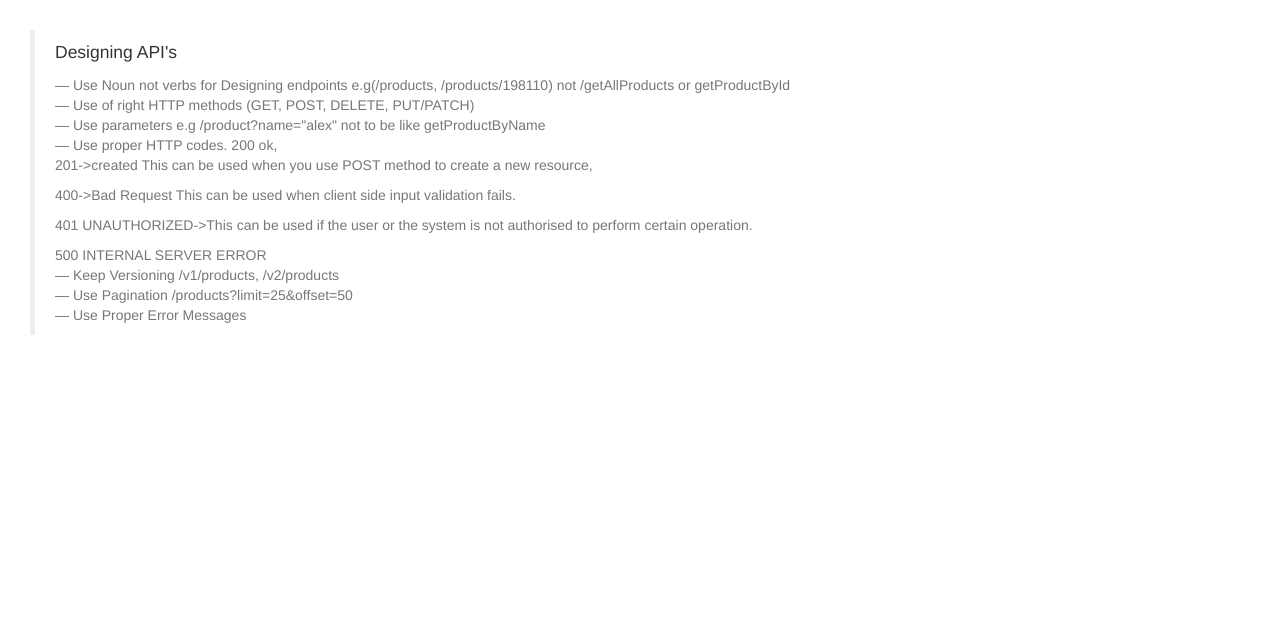
Repository: rahil001/preparation
Page: javascriptPrac/ApiDesign.html
The author's editor kept a copy of each file at every save. The page is drawn from the files as they stood at one save, then again after the next save.
The browser window is 1280 px wide. The pictures show the whole page.

Above is the page before, as saved 2019-10-29 22:36:58.

### javascriptPrac/ApiDesign.html
<!DOCTYPE html>
<html lang="en">
<head>
    <meta charset="UTF-8">
    <title>getting started with javascript</title>
    <link rel="stylesheet" href="https://maxcdn.bootstrapcdn.com/bootstrap/3.3.7/css/bootstrap.min.css  ">
    <style>
        body, .jumbotron{
            padding: 30px;
        }
        .text-giant{
            font-size: 40px;
        }
        .singleT {
            margin-top: 40px;
        }
    </style>
</head>
<body>
<div class>
    <blockquote class="blockquote">
        <p class="mb-0">Designing API's</p>
        <footer class="blockquote-footer">Use Noun not verbs for Designing endpoints e.g(/products, /products/198110) not /getAllProducts or getProductById</footer>
        <footer class="blockquote-footer">Use of right HTTP methods (GET, POST, DELETE, PUT/PATCH)</footer>
        <footer class="blockquote-footer">Use parameters e.g /product?name="alex" not to be like getProductByName</footer>
        <footer class="blockquote-footer">Use proper HTTP codes. 200 ok,
            <p>201->created This can be used when you use POST method to create a new resource,</p>
            <p>400->Bad Request This can be used when client side input validation fails.</p>
            <p>401 UNAUTHORIZED->This can be used if the user or the system is not authorised to perform certain operation.</p>
            <p>500 INTERNAL SERVER ERROR</p>
        </footer>
        <footer class="blockquote-footer">Keep Versioning /v1/products, /v2/products</footer>
        <footer class="blockquote-footer">Use Pagination /products?limit=25&offset=50 </footer>
        <footer class="blockquote-footer">Use Proper Error Messages</footer>
    </blockquote>
</div>
<script src="app.js"></script>
</body>
</html>

Loaded but not shown: javascriptPrac/app.js (no copy from this time; the picture is the same without it)

After the next save:
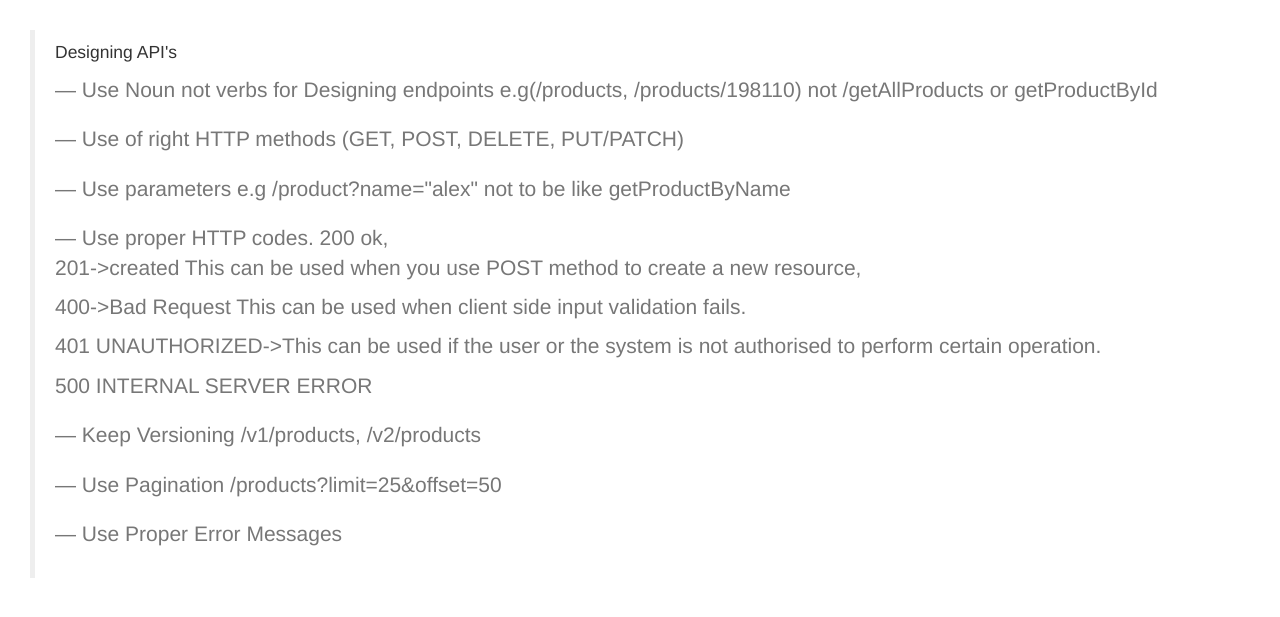
Saved 81 s later.
--- a/javascriptPrac/ApiDesign.html
+++ b/javascriptPrac/ApiDesign.html
@@ -20,18 +20,18 @@
 <div class>
     <blockquote class="blockquote">
         <p class="mb-0">Designing API's</p>
-        <footer class="blockquote-footer">Use Noun not verbs for Designing endpoints e.g(/products, /products/198110) not /getAllProducts or getProductById</footer>
-        <footer class="blockquote-footer">Use of right HTTP methods (GET, POST, DELETE, PUT/PATCH)</footer>
-        <footer class="blockquote-footer">Use parameters e.g /product?name="alex" not to be like getProductByName</footer>
-        <footer class="blockquote-footer">Use proper HTTP codes. 200 ok,
+        <footer class="blockquote-footer lead">Use Noun not verbs for Designing endpoints e.g(/products, /products/198110) not /getAllProducts or getProductById</footer>
+        <footer class="blockquote-footer lead">Use of right HTTP methods (GET, POST, DELETE, PUT/PATCH)</footer>
+        <footer class="blockquote-footer lead">Use parameters e.g /product?name="alex" not to be like getProductByName</footer>
+        <footer class="blockquote-footer lead">Use proper HTTP codes. 200 ok,
             <p>201->created This can be used when you use POST method to create a new resource,</p>
             <p>400->Bad Request This can be used when client side input validation fails.</p>
             <p>401 UNAUTHORIZED->This can be used if the user or the system is not authorised to perform certain operation.</p>
             <p>500 INTERNAL SERVER ERROR</p>
         </footer>
-        <footer class="blockquote-footer">Keep Versioning /v1/products, /v2/products</footer>
-        <footer class="blockquote-footer">Use Pagination /products?limit=25&offset=50 </footer>
-        <footer class="blockquote-footer">Use Proper Error Messages</footer>
+        <footer class="blockquote-footer lead">Keep Versioning /v1/products, /v2/products</footer>
+        <footer class="blockquote-footer lead">Use Pagination /products?limit=25&offset=50 </footer>
+        <footer class="blockquote-footer lead">Use Proper Error Messages</footer>
     </blockquote>
 </div>
 <script src="app.js"></script>
